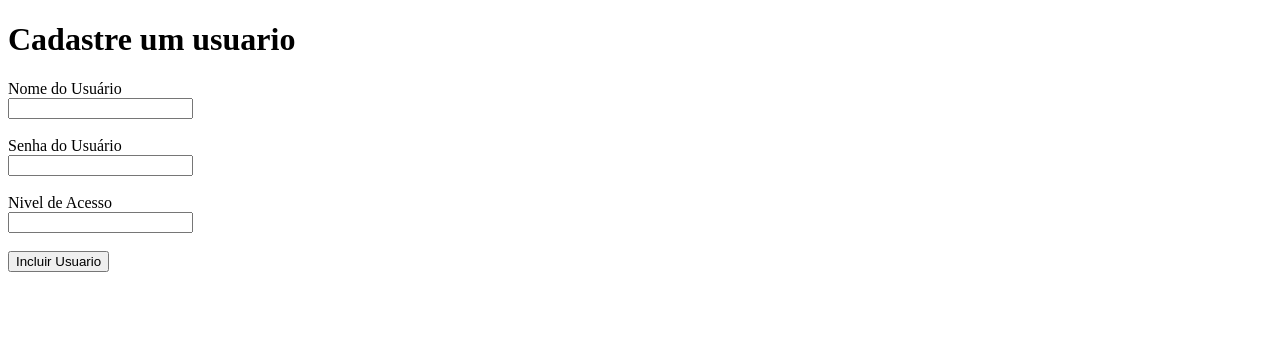
Repository: kelvincarvalho/Desenvolvimento_Java
Page: http://localhost/01_SpringWeb-2/usuario/cadastro
An editor plug-in stored every save of this project. The page is shown before and after the next save, followed by the edit.
The browser window is 1280 px wide. The pictures show the whole page.
The page is served by Tomcat 9.

Above is the page before, as saved 2017-10-04 18:20:41.

After the next save:
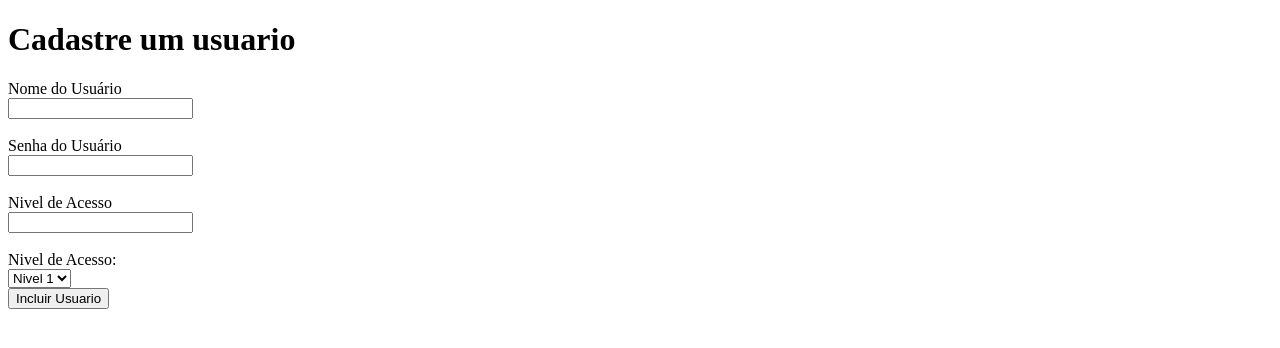
Saved 55 s later.
--- a/Modulo04/01_SpringWeb/01_SpringWeb-2/WebContent/WEB-INF/views/cadastro/incluirUsuario.jsp
+++ b/Modulo04/01_SpringWeb/01_SpringWeb-2/WebContent/WEB-INF/views/cadastro/incluirUsuario.jsp
@@ -21,6 +21,15 @@
 	<label>Nivel de Acesso</label><br/>
 	<input type="text" name="nivel"><br/><br/>
 
+	<label>Nivel de Acesso: </label><br/>
+	<select name="idescola">
+
+		 <option value="1">Nivel 1</option>
+		 <option value="2">Nivel 2</option>
+ 		<option value="3">Nivel 3</option>
+
+	</select><br/>
+
 
 	<input type="submit" value="Incluir Usuario">
 </form>
